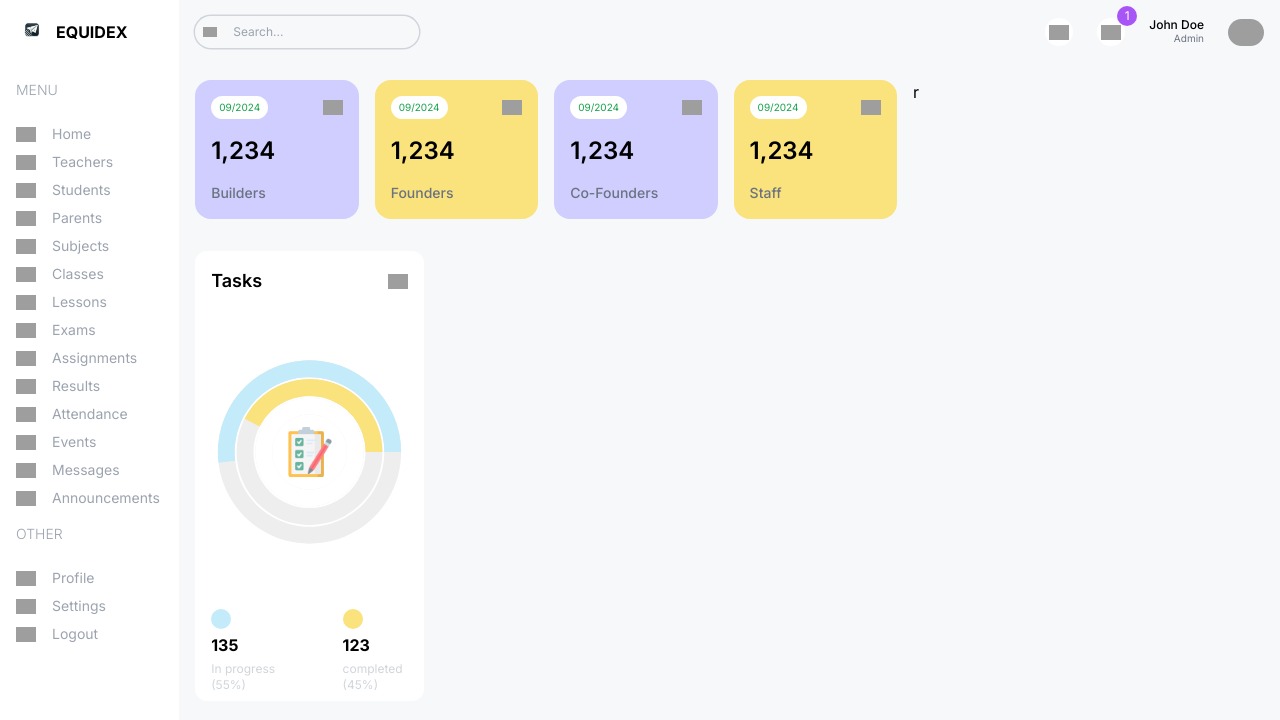
Repository: MikeeBuilds/equidex
Page: /admin
The author's editor kept a copy of each file at every save. The page is drawn from the files as they stood at one save, then again after the next save.
The browser window is 1280 px wide. The pictures show the whole page.
Pictures or frames that could not be fetched are drawn as grey boxes. An inner scrolling area shows only its first screen. The project was rebuilt for these pictures with package versions that can differ from the ones it lists, and the page was loaded fresh each time. The framework's server and built-in components were replaced by stand-ins that run in the browser. Also part of the build but not shown: next.config.mjs.

Above is the page before, as saved 2024-09-24 19:03:40.

After the next save:
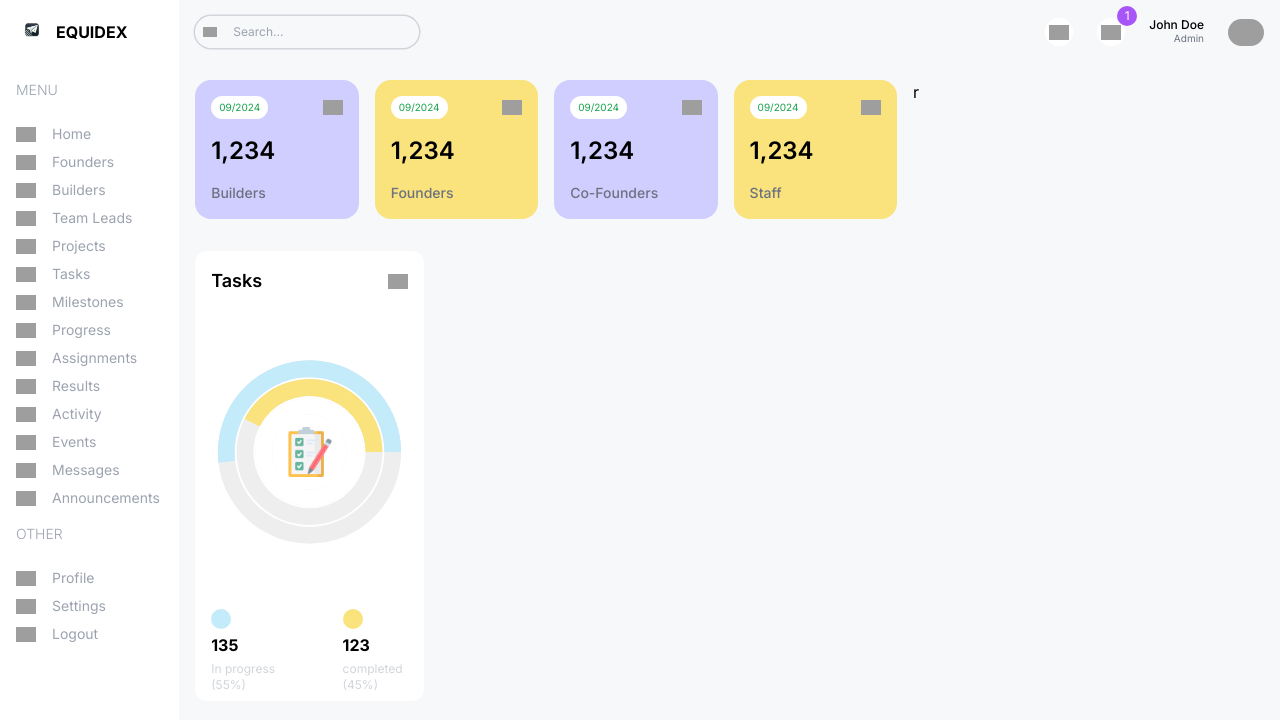
Saved 5 min 13 s later.
--- a/src/components/Menu.tsx
+++ b/src/components/Menu.tsx
@@ -9,85 +9,85 @@
         icon: "/home.png",
         label: "Home",
         href: "/",
-        visible: ["admin", "teacher", "student", "parent"],
+        visible: ["admin", "founder", "teamLead", "builder"],
       },
       {
         icon: "/teacher.png",
-        label: "Teachers",
-        href: "/list/teachers",
-        visible: ["admin", "teacher"],
+        label: "Founders",
+        href: "/list/founders",
+        visible: ["admin", "founder"],
       },
       {
         icon: "/student.png",
-        label: "Students",
-        href: "/list/students",
-        visible: ["admin", "teacher"],
+        label: "Builders",
+        href: "/list/builders",
+        visible: ["admin", "founder", "teamLead"],
       },
       {
         icon: "/parent.png",
-        label: "Parents",
-        href: "/list/parents",
-        visible: ["admin", "teacher"],
+        label: "Team Leads",
+        href: "/list/team-leads",
+        visible: ["admin", "founder"],
       },
       {
         icon: "/subject.png",
-        label: "Subjects",
-        href: "/list/subjects",
-        visible: ["admin"],
+        label: "Projects",
+        href: "/list/projects",
+        visible: ["admin", "founder", "teamLead", "builder"],
       },
       {
         icon: "/class.png",
-        label: "Classes",
-        href: "/list/classes",
-        visible: ["admin", "teacher"],
+        label: "Tasks",
+        href: "/list/tasks",
+        visible: ["admin", "founder", "teamLead", "builder"],
       },
       {
         icon: "/lesson.png",
-        label: "Lessons",
-        href: "/list/lessons",
-        visible: ["admin", "teacher"],
+        label: "Milestones",
+        href: "/list/milestones",
+        visible: ["admin", "founder", "teamLead"],
       },
       {
         icon: "/exam.png",
-        label: "Exams",
-        href: "/list/exams",
-        visible: ["admin", "teacher", "student", "parent"],
+        label: "Progress",
+        href: "/list/progress",
+        visible: ["admin", "founder", "teamLead", "builder"],
       },
       {
         icon: "/assignment.png",
         label: "Assignments",
         href: "/list/assignments",
-        visible: ["admin", "teacher", "student", "parent"],
+        visible: ["admin", "founder", "teamLead", "builder"],
       },
       {
         icon: "/result.png",
         label: "Results",
         href: "/list/results",
-        visible: ["admin", "teacher", "student", "parent"],
+        visible: ["admin", "founder", "teamLead"],
       },
       {
         icon: "/attendance.png",
-        label: "Attendance",
-        href: "/list/attendance",
-        visible: ["admin", "teacher", "student", "parent"],
+        label: "Activity",
+        href: "/list/activity",
+        visible: ["admin", "founder", "teamLead", "builder"],
       },
       {
         icon: "/calendar.png",
         label: "Events",
         href: "/list/events",
-        visible: ["admin", "teacher", "student", "parent"],
+        visible: ["admin", "founder", "teamLead", "builder"],
       },
       {
         icon: "/message.png",
         label: "Messages",
         href: "/list/messages",
-        visible: ["admin", "teacher", "student", "parent"],
+        visible: ["admin", "founder", "teamLead", "builder"],
       },
       {
         icon: "/announcement.png",
         label: "Announcements",
         href: "/list/announcements",
-        visible: ["admin", "teacher", "student", "parent"],
+        visible: ["admin", "founder", "teamLead", "builder"],
       },
     ],
   },
@@ -98,23 +98,24 @@
         icon: "/profile.png",
         label: "Profile",
         href: "/profile",
-        visible: ["admin", "teacher", "student", "parent"],
+        visible: ["admin", "founder", "teamLead", "builder"],
       },
       {
         icon: "/setting.png",
         label: "Settings",
         href: "/settings",
-        visible: ["admin", "teacher", "student", "parent"],
+        visible: ["admin", "founder", "teamLead", "builder"],
       },
       {
         icon: "/logout.png",
         label: "Logout",
         href: "/logout",
-        visible: ["admin", "teacher", "student", "parent"],
+        visible: ["admin", "founder", "teamLead", "builder"],
       },
     ],
   },
 ];
+
 
 const Menu = () => {
   return (

After the save that followed:
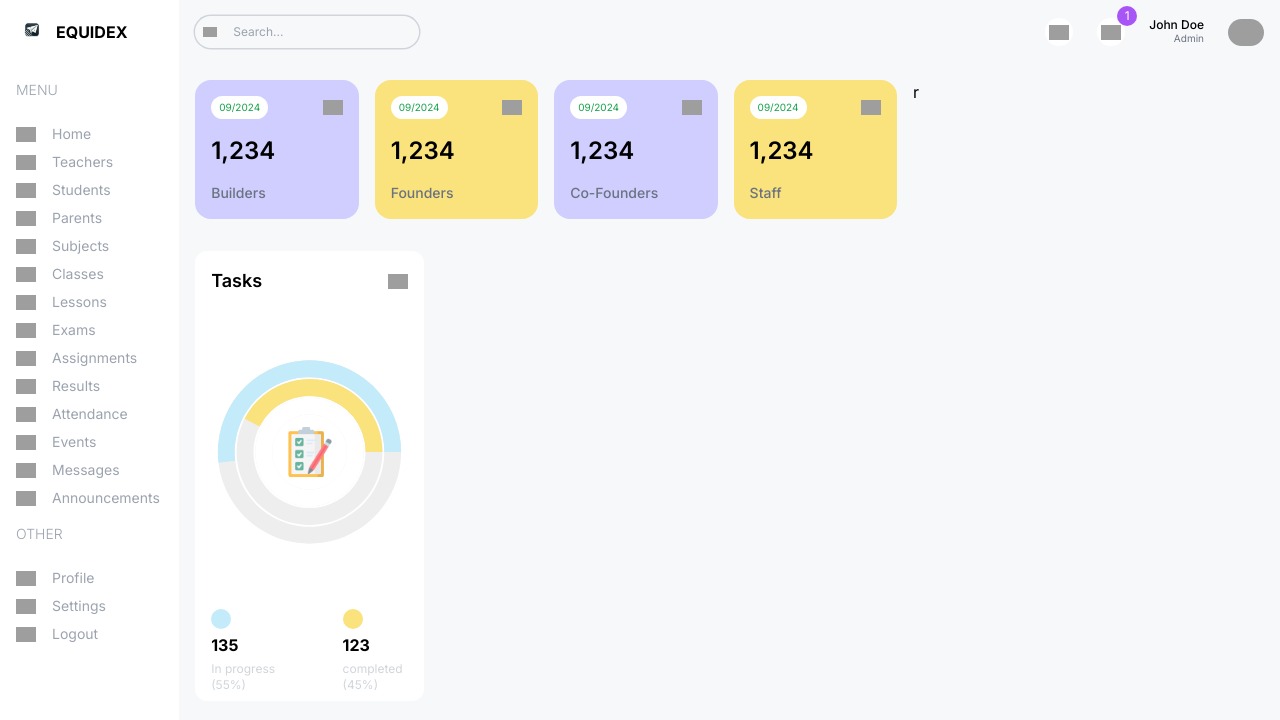
Saved 19 s later.
--- a/src/components/Menu.tsx
+++ b/src/components/Menu.tsx
@@ -9,85 +9,85 @@
         icon: "/home.png",
         label: "Home",
         href: "/",
-        visible: ["admin", "founder", "teamLead", "builder"],
+        visible: ["admin", "teacher", "student", "parent"],
       },
       {
         icon: "/teacher.png",
-        label: "Founders",
-        href: "/list/founders",
-        visible: ["admin", "founder"],
+        label: "Teachers",
+        href: "/list/teachers",
+        visible: ["admin", "teacher"],
       },
       {
         icon: "/student.png",
-        label: "Builders",
-        href: "/list/builders",
-        visible: ["admin", "founder", "teamLead"],
+        label: "Students",
+        href: "/list/students",
+        visible: ["admin", "teacher"],
       },
       {
         icon: "/parent.png",
-        label: "Team Leads",
-        href: "/list/team-leads",
-        visible: ["admin", "founder"],
+        label: "Parents",
+        href: "/list/parents",
+        visible: ["admin", "teacher"],
       },
       {
         icon: "/subject.png",
-        label: "Projects",
-        href: "/list/projects",
-        visible: ["admin", "founder", "teamLead", "builder"],
+        label: "Subjects",
+        href: "/list/subjects",
+        visible: ["admin"],
       },
       {
         icon: "/class.png",
-        label: "Tasks",
-        href: "/list/tasks",
-        visible: ["admin", "founder", "teamLead", "builder"],
+        label: "Classes",
+        href: "/list/classes",
+        visible: ["admin", "teacher"],
       },
       {
         icon: "/lesson.png",
-        label: "Milestones",
-        href: "/list/milestones",
-        visible: ["admin", "founder", "teamLead"],
+        label: "Lessons",
+        href: "/list/lessons",
+        visible: ["admin", "teacher"],
       },
       {
         icon: "/exam.png",
-        label: "Progress",
-        href: "/list/progress",
-        visible: ["admin", "founder", "teamLead", "builder"],
+        label: "Exams",
+        href: "/list/exams",
+        visible: ["admin", "teacher", "student", "parent"],
       },
       {
         icon: "/assignment.png",
         label: "Assignments",
         href: "/list/assignments",
-        visible: ["admin", "founder", "teamLead", "builder"],
+        visible: ["admin", "teacher", "student", "parent"],
       },
       {
         icon: "/result.png",
         label: "Results",
         href: "/list/results",
-        visible: ["admin", "founder", "teamLead"],
+        visible: ["admin", "teacher", "student", "parent"],
       },
       {
         icon: "/attendance.png",
-        label: "Activity",
-        href: "/list/activity",
-        visible: ["admin", "founder", "teamLead", "builder"],
+        label: "Attendance",
+        href: "/list/attendance",
+        visible: ["admin", "teacher", "student", "parent"],
       },
       {
         icon: "/calendar.png",
         label: "Events",
         href: "/list/events",
-        visible: ["admin", "founder", "teamLead", "builder"],
+        visible: ["admin", "teacher", "student", "parent"],
       },
       {
         icon: "/message.png",
         label: "Messages",
         href: "/list/messages",
-        visible: ["admin", "founder", "teamLead", "builder"],
+        visible: ["admin", "teacher", "student", "parent"],
       },
       {
         icon: "/announcement.png",
         label: "Announcements",
         href: "/list/announcements",
-        visible: ["admin", "founder", "teamLead", "builder"],
+        visible: ["admin", "teacher", "student", "parent"],
       },
     ],
   },
@@ -98,24 +98,23 @@
         icon: "/profile.png",
         label: "Profile",
         href: "/profile",
-        visible: ["admin", "founder", "teamLead", "builder"],
+        visible: ["admin", "teacher", "student", "parent"],
       },
       {
         icon: "/setting.png",
         label: "Settings",
         href: "/settings",
-        visible: ["admin", "founder", "teamLead", "builder"],
+        visible: ["admin", "teacher", "student", "parent"],
       },
       {
         icon: "/logout.png",
         label: "Logout",
         href: "/logout",
-        visible: ["admin", "founder", "teamLead", "builder"],
+        visible: ["admin", "teacher", "student", "parent"],
       },
     ],
   },
 ];
-
 
 const Menu = () => {
   return (
